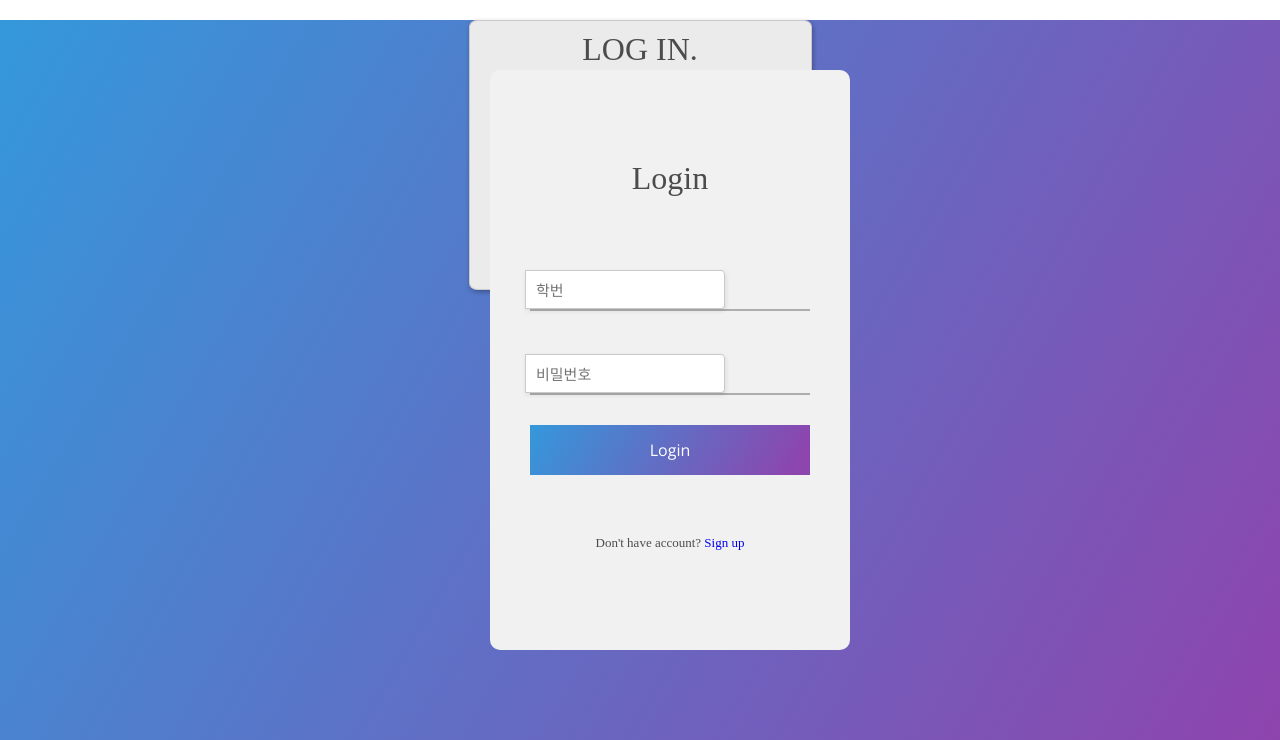
Repository: charmingjae/swproject
Page: http://localhost/bookBoard/login.jsp
These files come from the project's save history. The page is drawn as it stood at one moment and after the next save; the edit follows.
The browser window is 1280 px wide. The pictures show the whole page.
Some icons come from a web library that is not loaded, so they are not drawn. Some web libraries are served in a nearby version. The page is served by Tomcat 9. Other server files are loaded and not shown.

Above is the page before, as saved 2019-12-18 06:10:36.

### JSP/bookBoard/bookBoard/WebContent/login.jsp
<%@ page language="java" contentType="text/html; charset=UTF-8"
    pageEncoding="UTF-8"%>
<!DOCTYPE html>
<html>
<head>
<meta charset="UTF-8">
<title>로그인</title>
<link href='https://fonts.googleapis.com/css?family=Open+Sans:400,300,300italic,400italic,600' rel='stylesheet' type='text/css'>
<link href="//netdna.bootstrapcdn.com/font-awesome/3.1.1/css/font-awesome.css" rel="stylesheet">
    <link rel="stylesheet" href="style.css">
    <script src="https://cdnjs.cloudflare.com/ajax/libs/jquery/3.4.1/jquery.min.js" charset="utf-8"></script>
<style type="text/css">
	@import url("login.css");
</style>
</head>
<body>

<%-- <jsp:include page="navbar.jsp"></jsp:include> --%>

<div class="testbox">
  <h1>LOG IN.</h1>

  <form action="loginChk.jsp">
      <hr>
		  <label id="icon" for="stu_no"><i class="icon-user "></i></label>
		  <input type="number" name="stu_no" id="stu_no" placeholder="학번" required/>

		  <label id="icon" for="stu_pw"><i class="icon-shield"></i></label>
		  <input type="password" name="stu_pw" id="stu_pw" placeholder="비밀번호" required/>

		  <br><br>


<!--    		<p>By clicking Register, you agree on our <a href="#">terms and condition</a>.</p> -->
   		<button type="submit" class="buttonset">로그인</button>
  </form>
</div>

      <form action="loginChk.jsp" class="login-form">
        <h1>Login</h1>

        <div class="txtb">
          <input type="number" name="stu_no" id="stu_no" placeholder="학번" required/>
          <!-- <span data-placeholder="학번"></span> -->
        </div>

        <div class="txtb">
          <input type="password" name="stu_pw" id="stu_pw" placeholder="비밀번호" required/>
          <!-- <span data-placeholder="Password"></span> -->
        </div>

        <input type="submit" class="logbtn" value="Login">

        <div class="bottom-text">
          Don't have account? <a href="#">Sign up</a>
        </div>

      </form>

      <script type="text/javascript">
      $(".txtb input").on("focus",function(){
        $(this).addClass("focus");
      });

      $(".txtb input").on("blur",function(){
        if($(this).val() == "")
        $(this).removeClass("focus");
      });

      </script>



</body>
</html>

### JSP/bookBoard/bookBoard/WebContent/style.css
*{
  margin: 0;
  padding: 0;
  text-decoration: none;
  font-family: montserrat;
  box-sizing: border-box;
}

body{
  min-height: 100vh;
  background-image: linear-gradient(120deg,#3498db,#8e44ad);
}

.login-form{
  width: 360px;
  background: #f1f1f1;
  height: 580px;
  padding: 80px 40px;
  border-radius: 10px;
  position: absolute;
  left: 50%;
  top: 50%;
  transform: translate(-50%,-50%);
}

.login-form h1{
  text-align: center;
  margin-bottom: 60px;
}

.txtb{
  border-bottom: 2px solid #adadad;
  position: relative;
  margin: 30px 0;
}

.txtb input{
  font-size: 15px;
  color: #333;
  border: none;
  width: 100%;
  outline: none;
  background: none;
  padding: 0 5px;
  height: 40px;
}

.txtb span::before{
  content: attr(data-placeholder);
  position: absolute;
  top: 50%;
  left: 5px;
  color: #adadad;
  transform: translateY(-50%);
  z-index: -1;
  transition: .5s;
}

.txtb span::after{
  content: '';
  position: absolute;
  width: 0%;
  height: 2px;
  background: linear-gradient(120deg,#3498db,#8e44ad);
  transition: .5s;
}

.focus + span::before{
  top: -5px;
}
.focus + span::after{
  width: 100%;
}

.logbtn{
  display: block;
  width: 100%;
  height: 50px;
  border: none;
  background: linear-gradient(120deg,#3498db,#8e44ad,#3498db);
  background-size: 200%;
  color: #fff;
  outline: none;
  cursor: pointer;
  transition: .5s;
}

.logbtn:hover{
  background-position: right;
}

.bottom-text{
  margin-top: 60px;
  text-align: center;
  font-size: 13px;
}

### JSP/bookBoard/bookBoard/WebContent/login.css
@charset "UTF-8";

body, div, dl, dt, dd, ul, ol, li, h1, h2, h3, h4, h5, h6,
pre, form, fieldset, input, textarea, p, blockquote, th, td {
  padding:0;
  margin:0;}

fieldset, img {border:0}

ol, ul, li {list-style:none}

:focus {outline:none}

body,
input,
textarea,
select {
  font-family: 'Open Sans', sans-serif;
  font-size: 16px;
  color: #4c4c4c;
}

p {
  font-size: 12px;
  width: 150px;
  display: inline-block;
  margin-left: 18px;
}
h1 {
  font-size: 32px;
  font-weight: 300;
  color: #4c4c4c;
  text-align: center;
  padding-top: 10px;
  margin-bottom: 10px;
}

html{
  background-color: #ffffff;
}

.testbox {
  margin: 20px auto;
  width: 343px;
  height: 270px;
  -webkit-border-radius: 8px/7px;
  -moz-border-radius: 8px/7px;
  border-radius: 8px/7px;
  background-color: #ebebeb;
  -webkit-box-shadow: 1px 2px 5px rgba(0,0,0,.31);
  -moz-box-shadow: 1px 2px 5px rgba(0,0,0,.31);
  box-shadow: 1px 2px 5px rgba(0,0,0,.31);
  border: solid 1px #cbc9c9;
}

input[type=radio] {
  visibility: hidden;
}

form{
  margin: 0 30px;
}

label.radio {
  cursor: pointer;
  text-indent: 30px;
  overflow: visible;
  display: inline-block;
  position: relative;
  margin-bottom: 15px;
}

label.radio:before {
  background: #3a57af;
  content:'';
  position: absolute;
  top:2px;
  left: 0;
  width: 20px;
  height: 20px;
  border-radius: 100%;
}

label.radio:after {
    opacity: 0;
    content: '';
    position: absolute;
    width: 0.5em;
    height: 0.25em;
    background: transparent;
    top: 7.5px;
    left: 4.5px;
    border: 3px solid #ffffff;
    border-top: none;
    border-right: none;

    -webkit-transform: rotate(-45deg);
    -moz-transform: rotate(-45deg);
    -o-transform: rotate(-45deg);
    -ms-transform: rotate(-45deg);
    transform: rotate(-45deg);
}

input[type=radio]:checked + label:after {
    opacity: 1;
}

hr{
  color: #a9a9a9;
  opacity: 0.3;
}

input[type=text],input[type=password], input[type=number]{
  width: 200px;
  height: 39px;
  -webkit-border-radius: 0px 4px 4px 0px/5px 5px 4px 4px;
  -moz-border-radius: 0px 4px 4px 0px/0px 0px 4px 4px;
  border-radius: 0px 4px 4px 0px/5px 5px 4px 4px;
  background-color: #fff;
  -webkit-box-shadow: 1px 2px 5px rgba(0,0,0,.09);
  -moz-box-shadow: 1px 2px 5px rgba(0,0,0,.09);
  box-shadow: 1px 2px 5px rgba(0,0,0,.09);
  border: solid 1px #cbc9c9;
  margin-left: -5px;
  margin-top: 13px;
  padding-left: 10px;
}

/* input[type=password]{
  margin-bottom: 25px;
} */

#icon {
  display: inline-block;
  width: 30px;
  background-color: #3a57af;
  padding: 8px 0px 8px 15px;
  margin-left: 15px;
  -webkit-border-radius: 4px 0px 0px 4px;
  -moz-border-radius: 4px 0px 0px 4px;
  border-radius: 4px 0px 0px 4px;
  color: white;
  -webkit-box-shadow: 1px 2px 5px rgba(0,0,0,.09);
  -moz-box-shadow: 1px 2px 5px rgba(0,0,0,.09);
  box-shadow: 1px 2px 5px rgba(0,0,0,.09);
  border: solid 0px #cbc9c9;
}

.class {
  margin-top: 10px;
  margin-left: 15px;
  margin-bottom: 0px;
}

.grade{
  margin-left: 0px;
  margin-top: 20px;
}

a.button {
  font-size: 14px;
  font-weight: 600;
  color: white;
  padding: 6px 25px 0px 20px;
  margin: 10px 8px 20px 0px;
  display: inline-block;
  float: none;
  text-align: center;
  text-decoration: none;
  width: 235px; height: 27px;
  -webkit-border-radius: 5px;
  -moz-border-radius: 5px;
  border-radius: 5px;
  background-color: #3a57af;
  -webkit-box-shadow: 0 3px rgba(58,87,175,.75);
  -moz-box-shadow: 0 3px rgba(58,87,175,.75);
  box-shadow: 0 3px rgba(58,87,175,.75);
  transition: all 0.1s linear 0s;
  top: 0px;
  position: relative;
}

a.button:hover {
  top: 3px;
  background-color:#2e458b;
  -webkit-box-shadow: none;
  -moz-box-shadow: none;
  box-shadow: none;

}

.buttonset {
  border :0;
  outline :0;
  font-size: 14px;
  font-weight: 600;
  color: white;
  padding: 6px 25px 6px 20px;
  margin: 10px 8px 20px 0px;
  display: inline-block;
  float: none;
  text-align: center;
  text-decoration: none;
  width: 280px; height: 40px;
  -webkit-border-radius: 5px;
  -moz-border-radius: 5px;
  border-radius: 5px;
  background-color: #3a57af;
  -webkit-box-shadow: 0 3px rgba(58,87,175,.75);
  -moz-box-shadow: 0 3px rgba(58,87,175,.75);
  box-shadow: 0 3px rgba(58,87,175,.75);
  transition: all 0.1s linear 0s;
  top: 0px;
  position: relative;
}

.buttonset:hover {
  top: 3px;
  background-color:#2e458b;
  -webkit-box-shadow: none;
  -moz-box-shadow: none;
  box-shadow: none;

}

After the next save:
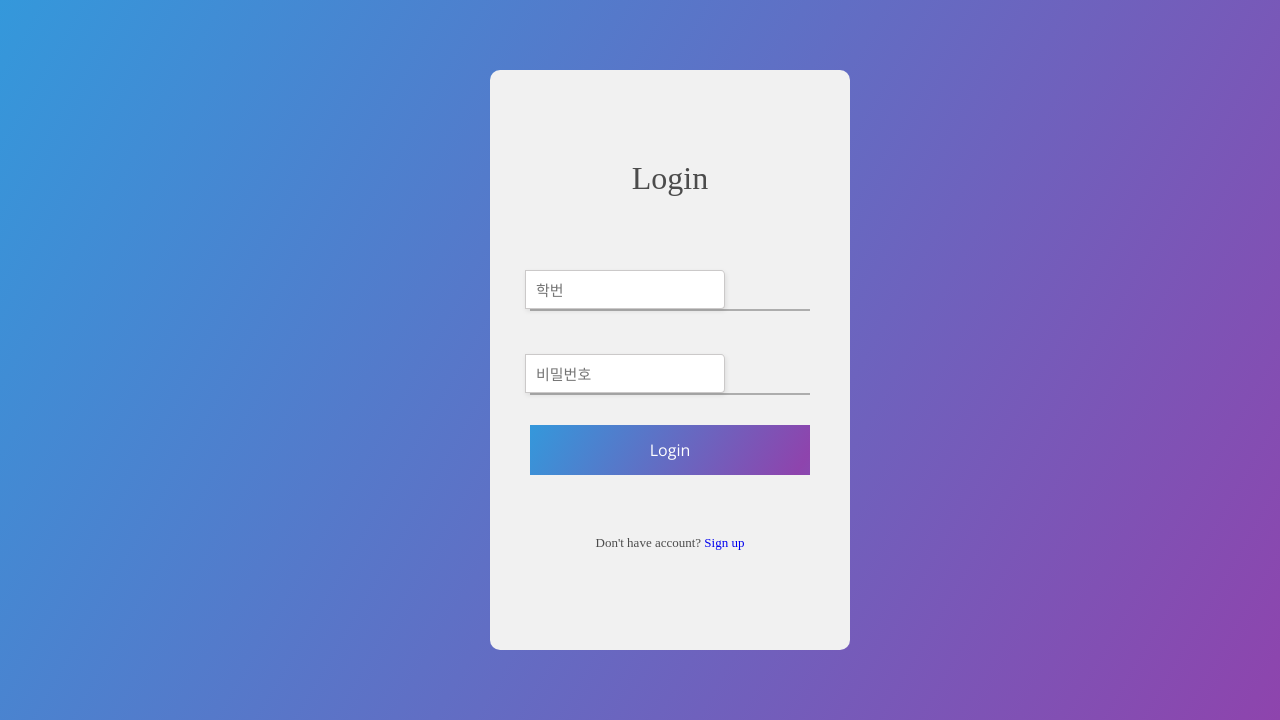
Saved 21 s later.
--- a/JSP/bookBoard/bookBoard/WebContent/login.jsp
+++ b/JSP/bookBoard/bookBoard/WebContent/login.jsp
@@ -17,7 +17,7 @@
 
 <%-- <jsp:include page="navbar.jsp"></jsp:include> --%>
 
-<div class="testbox">
+<!-- <div class="testbox">
   <h1>LOG IN.</h1>
 
   <form action="loginChk.jsp">
@@ -31,10 +31,10 @@
 		  <br><br>
 
 
-<!--    		<p>By clicking Register, you agree on our <a href="#">terms and condition</a>.</p> -->
+   		<p>By clicking Register, you agree on our <a href="#">terms and condition</a>.</p>
    		<button type="submit" class="buttonset">로그인</button>
   </form>
-</div>
+</div> -->
 
       <form action="loginChk.jsp" class="login-form">
         <h1>Login</h1>
